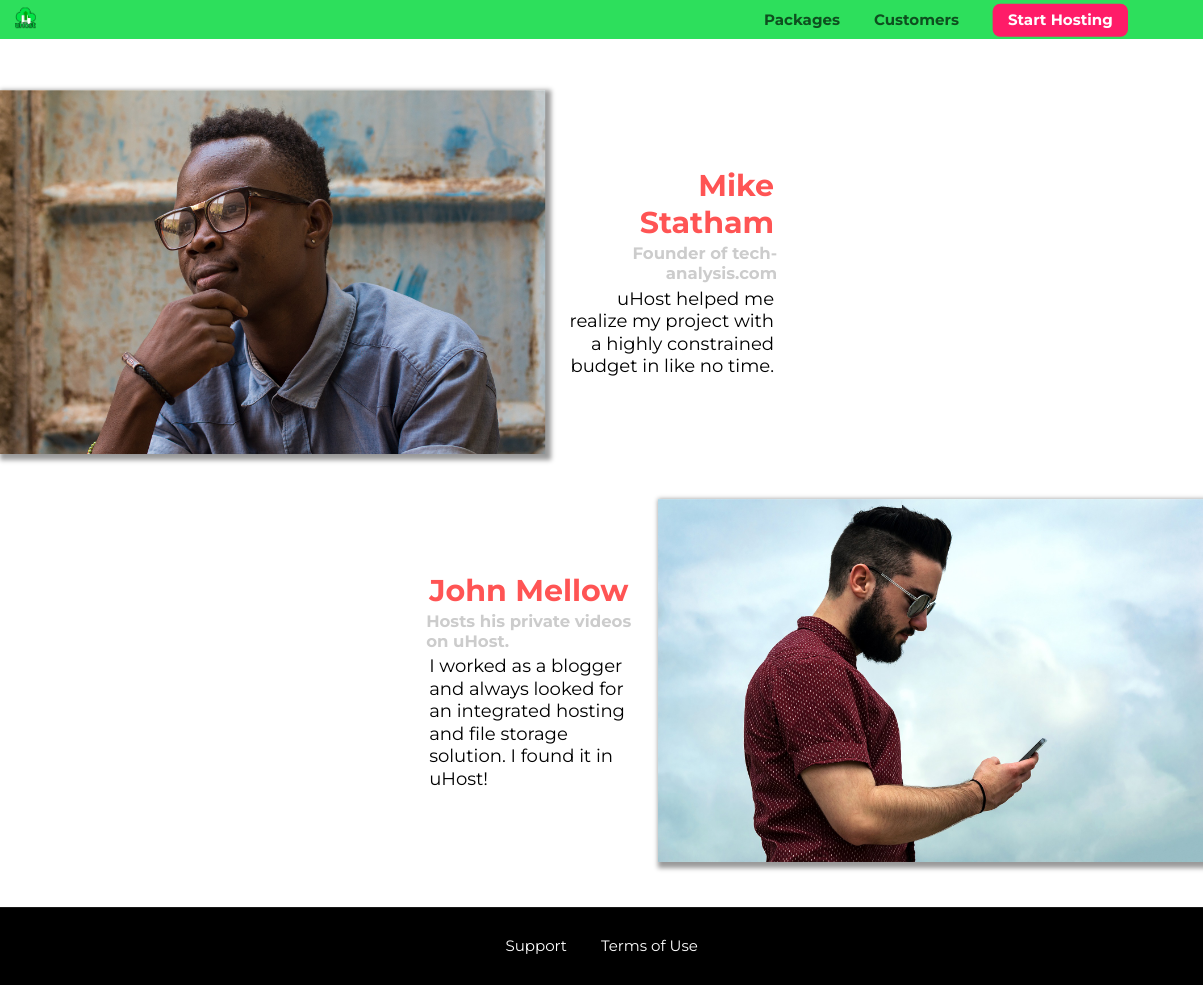
Repository: Nowacki97PL/UdemyCSS
Page: customers/index.html
An editor plug-in stored every save of this project. The page is shown before and after the next save, followed by the edit.
The browser window is 1280 px wide. The pictures show the whole page, at 94% of full size.

Above is the page before, as saved 2023-11-19 12:13:08.

After the next save:
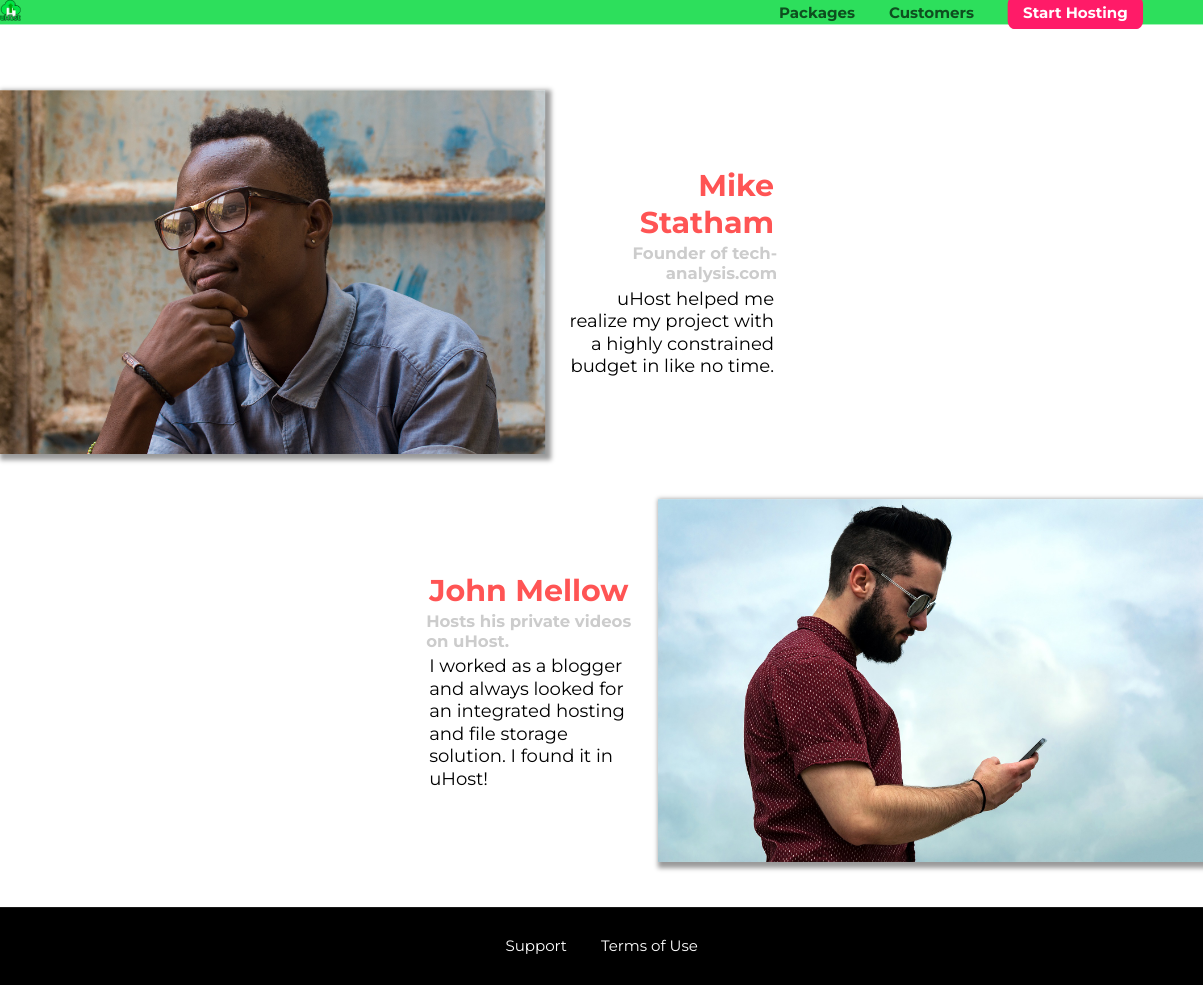
Saved 8 min 2 s later.
--- a/shared.css
+++ b/shared.css
@@ -24,7 +24,7 @@ body {
     top: 0;
     left: 0;
     background: #2ddf5c;
-    padding: 8px 16px;
+    padding: 0,5rem 16px;
     z-index: 1;
 }
 
